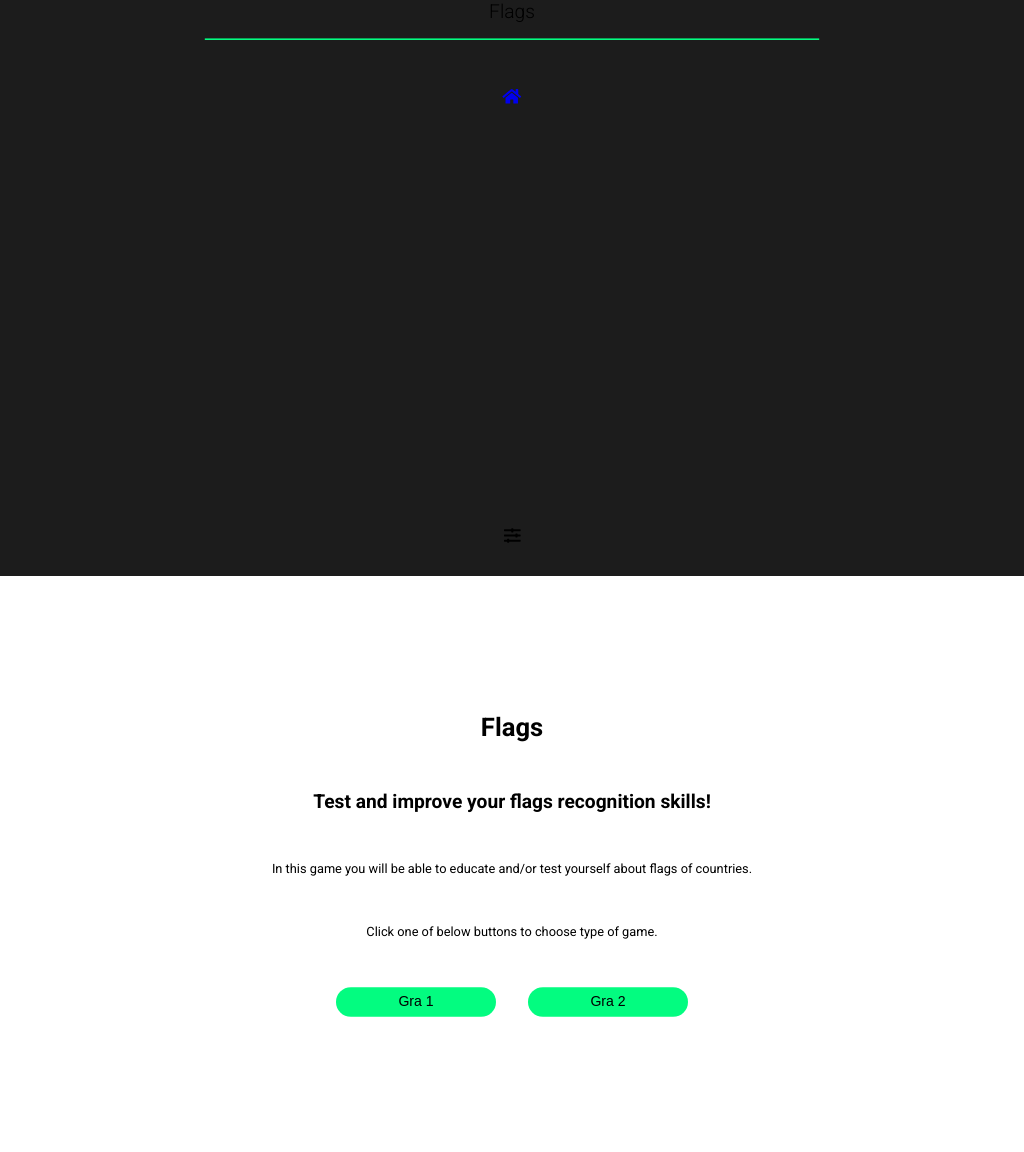
Repository: RXBVK/Flags
Page: /
An editor plug-in stored every save of this project. The page is shown before and after the next save, followed by the edit.
The browser window is 1280 px wide. The pictures show the whole page, at 80% of full size.
The project was rebuilt for these pictures with package versions that can differ from the ones it lists, and the page was loaded fresh each time.

Above is the page before, as saved 2021-06-29 16:36:55.

After the next save:
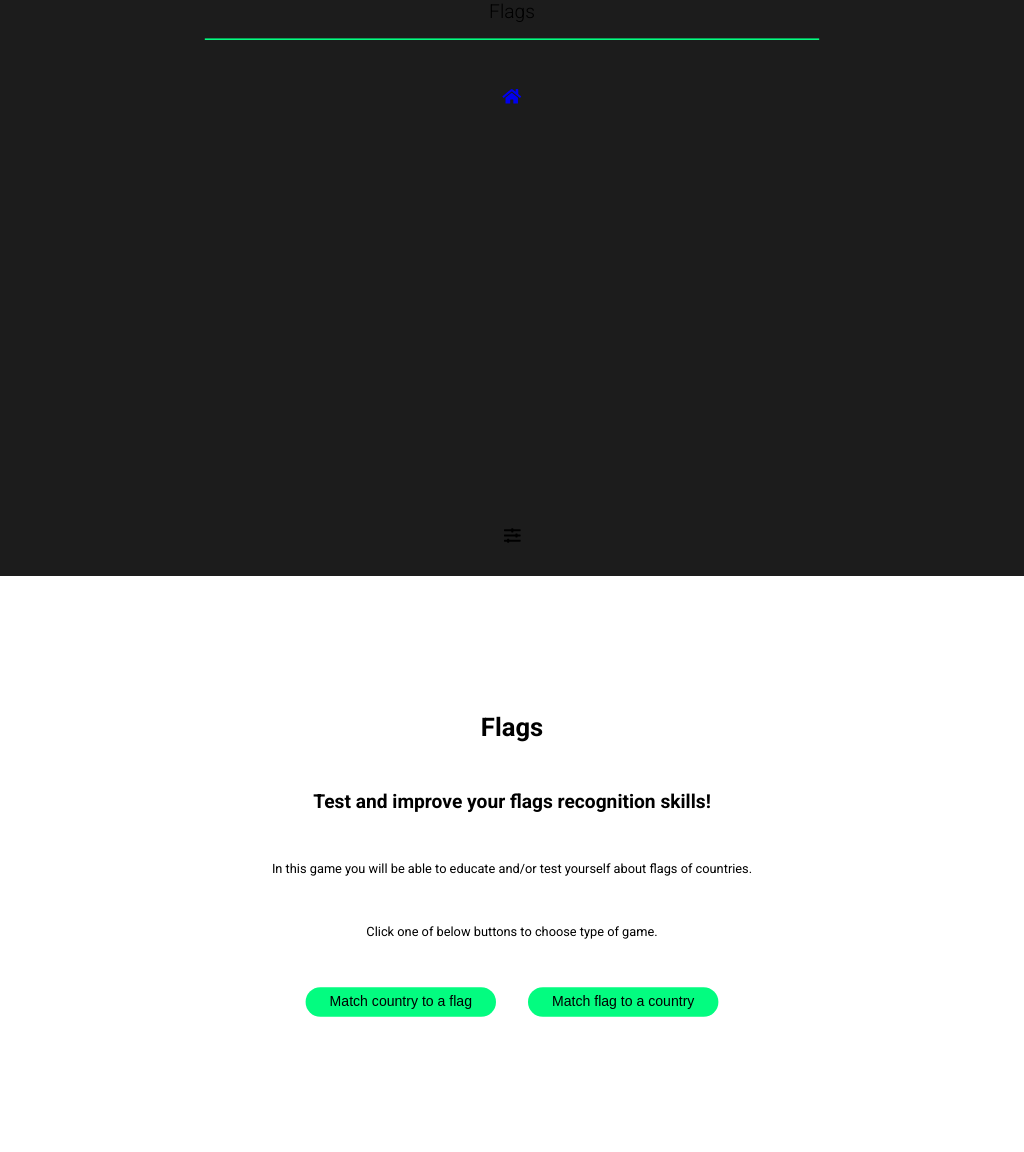
Saved 66 s later.
--- a/src/components/Home/Home.js
+++ b/src/components/Home/Home.js
@@ -11,8 +11,12 @@ export default function Home() {
       </p>
       <p>Click one of below buttons to choose type of game.</p>
       <div>
-        <button className="button button--basic">Gra 1</button>
-        <button className="button button--basic">Gra 2</button>
+        <button className="button button--basic">
+          Match country to a flag
+        </button>
+        <button className="button button--basic">
+          Match flag to a country
+        </button>
       </div>
     </div>
   );
